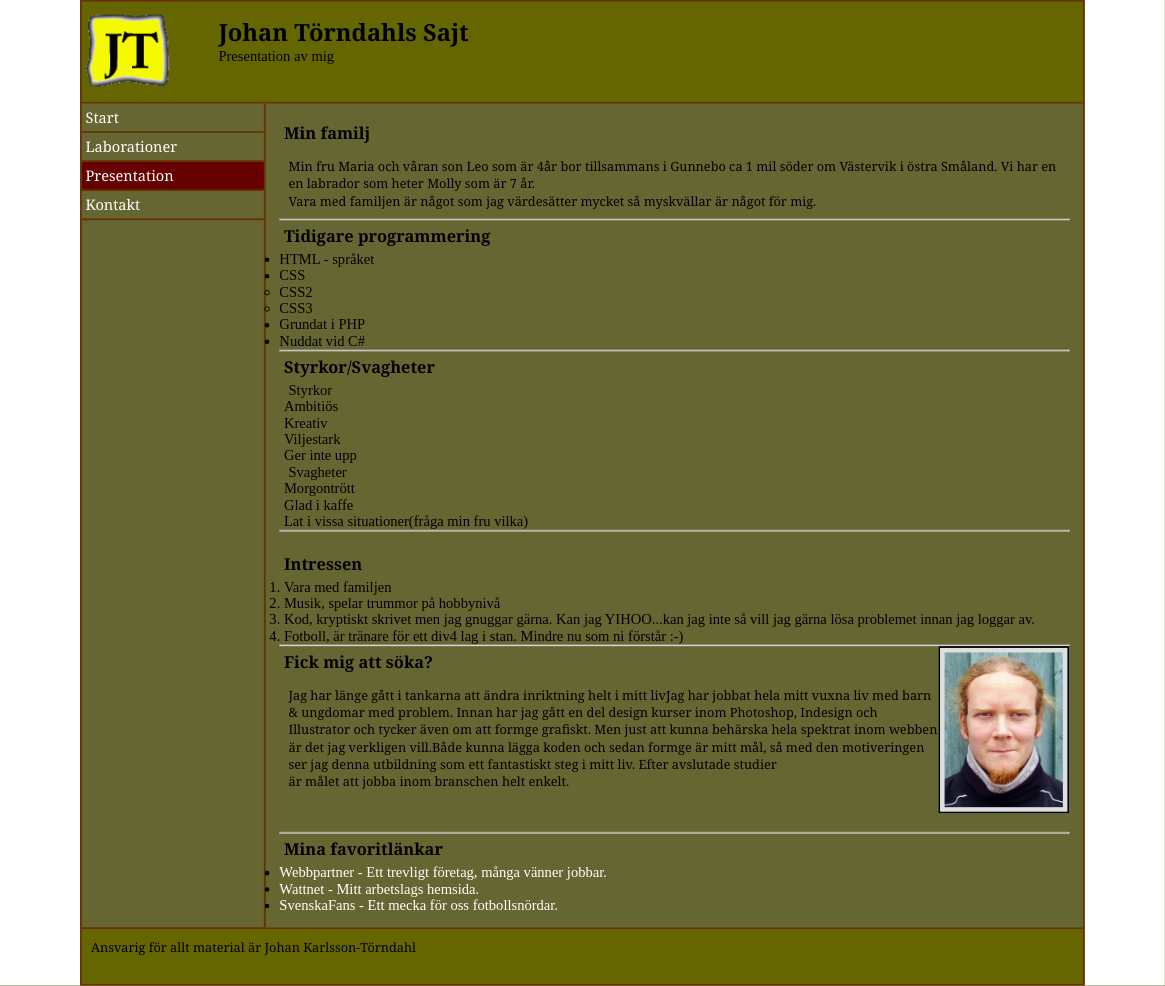
Repository: jt222ia/1ik415-jt222ia-laborationer
Page: pages/presentation.html
The author's editor kept a record of every edit. The page is drawn from the files as they stood at one moment, then again after the next edit.
The browser window is 1280 px wide. The pictures show the whole page, at 91% of full size.

Above is the page before.

After the next edit:
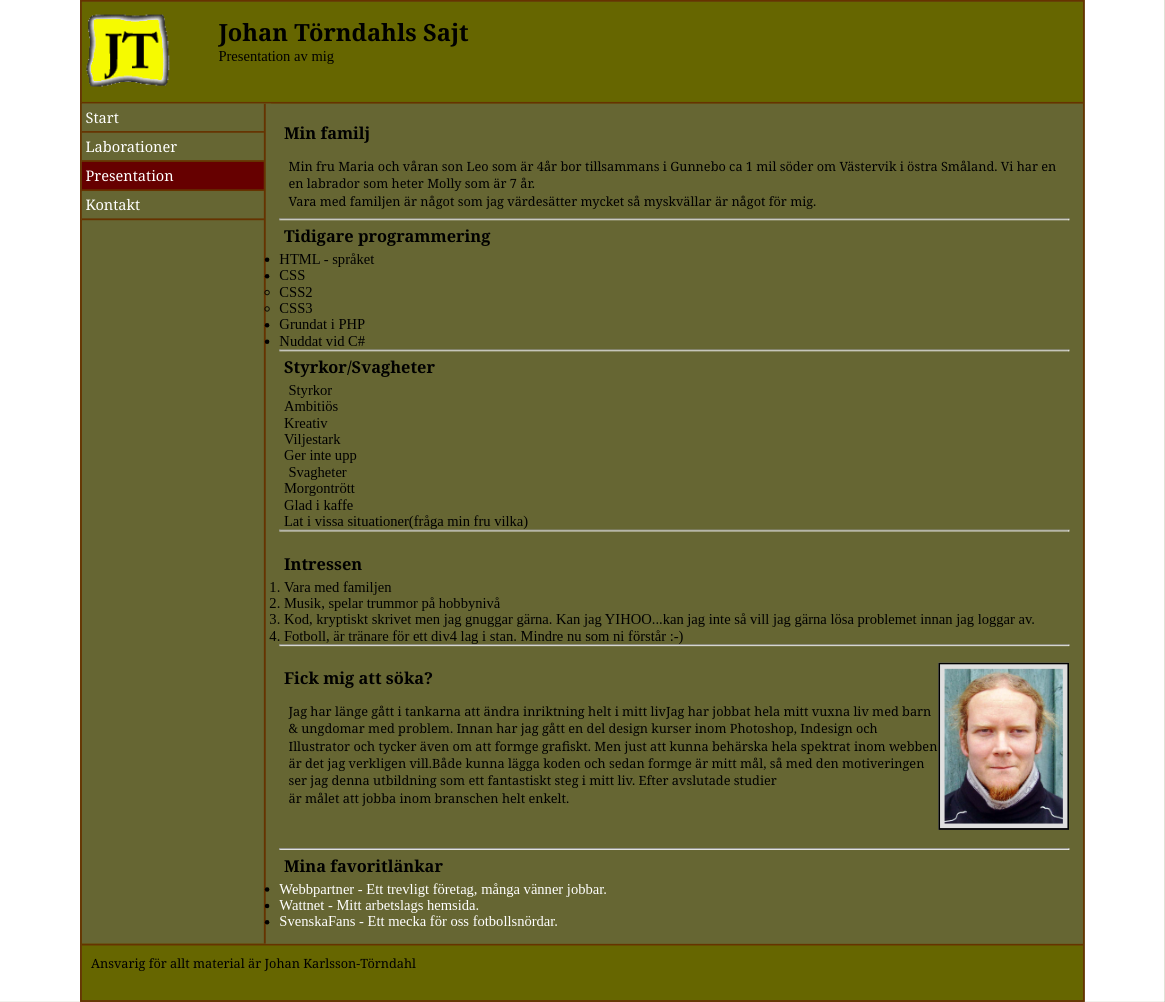
The edit:
--- a/pages/presentation.html
+++ b/pages/presentation.html
@@ -74,7 +74,7 @@
                           <li>Kod, kryptiskt skrivet men jag gnuggar gärna. Kan jag YIHOO...kan jag inte så vill jag gärna lösa problemet innan jag loggar av.</li>
                           <li>Fotboll, är tränare för ett div4 lag i stan. Mindre nu som ni förstår :-)</li>
                         </ol>
-                    <hr />
+                    <hr /><br>
             <img src="../pics/me.jpg" id="bilden" alt="Ett fotografi av mig" class="img_right" width="130" height="170">
             <h3>Fick mig att söka?</h3>
                     <p>Jag har länge gått i tankarna att ändra inriktning helt i mitt livJag har jobbat hela mitt vuxna liv med barn & ungdomar med problem.
